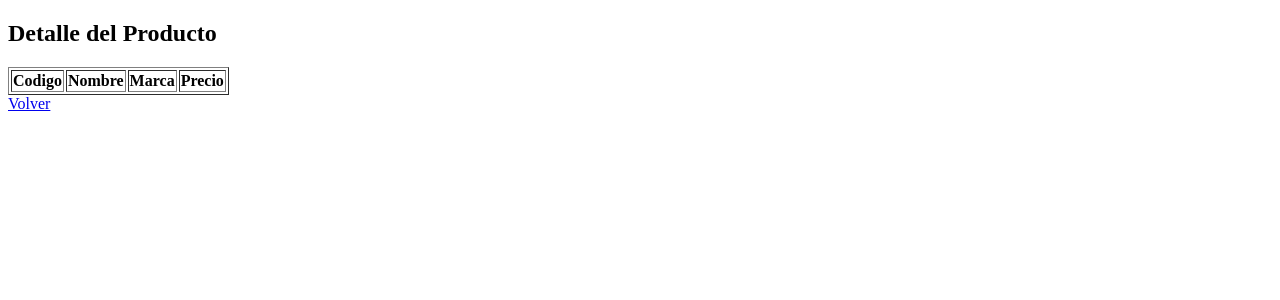
Repository: Alemartinez97/New-Repository
Page: programacion-3/tp3/verProducto.html
An editor plug-in stored every save of this project. The page is shown before and after the next save, followed by the edit.
The browser window is 1280 px wide. The pictures show the whole page.

Above is the page before, as saved 2020-06-04 19:17:28.

After the next save:
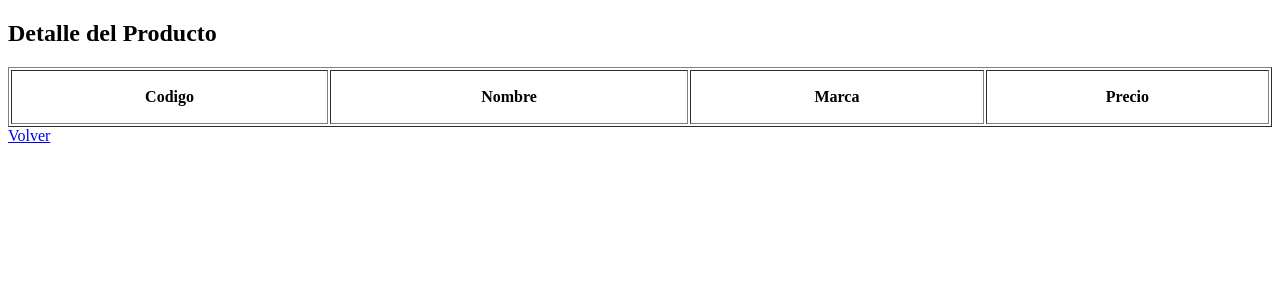
Saved 1 s later.
--- a/programacion-3/tp3/verProducto.html
+++ b/programacion-3/tp3/verProducto.html
@@ -4,6 +4,7 @@
     <meta charset="UTF-8">
     <meta name="viewport" content="width=device-width, initial-scale=1.0">
     <title>Document</title>
+    <link rel="stylesheet" type="text/css" media="screen" href="../tp3/css/tp3.css" />
 </head>
 <body>
     <table border="1">
